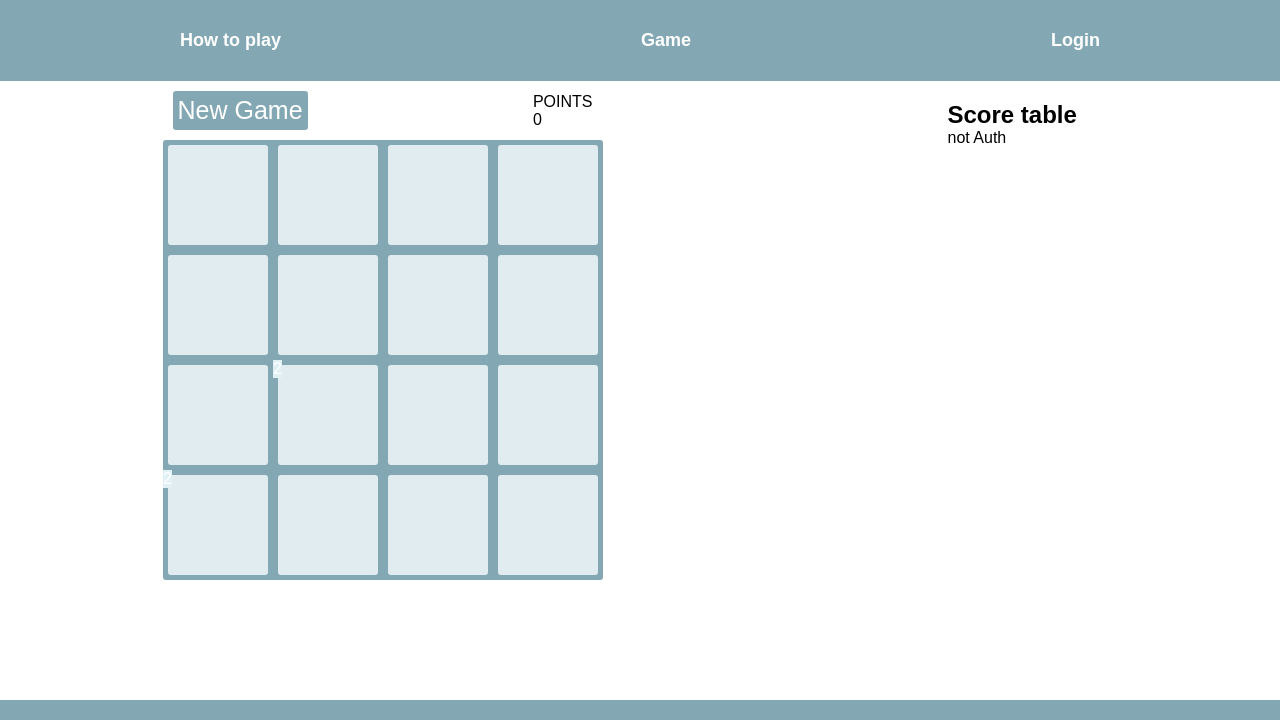
Repository: nika-otter/2048
Page: / (app in client/)
These files come from the project's save history. The page is drawn as it stood at one moment and after the next save; the edit follows.
The browser window is 1280 px wide. The pictures show the whole page.
The project was rebuilt for these pictures with package versions that can differ from the ones it lists, and the page was loaded fresh each time. Also part of the build but not shown: client/src/components/Login/LoginForm.js, client/src/pages/account/index.jsx, client/src/components/Game/GameOverlay.jsx, client/src/components/InstructionPage/InstructionPage.module.scss, client/src/components/HowToPlay/howtoplay.module.scss, client/src/components/HowToPlay/howtoplay.jsx, client/src/components/InstructionPage/InstructionPage.jsx, client/src/pages/Instruction/index.jsx and 4 more.

Above is the page before, as saved 2023-05-01 19:34:03.

After the next save:
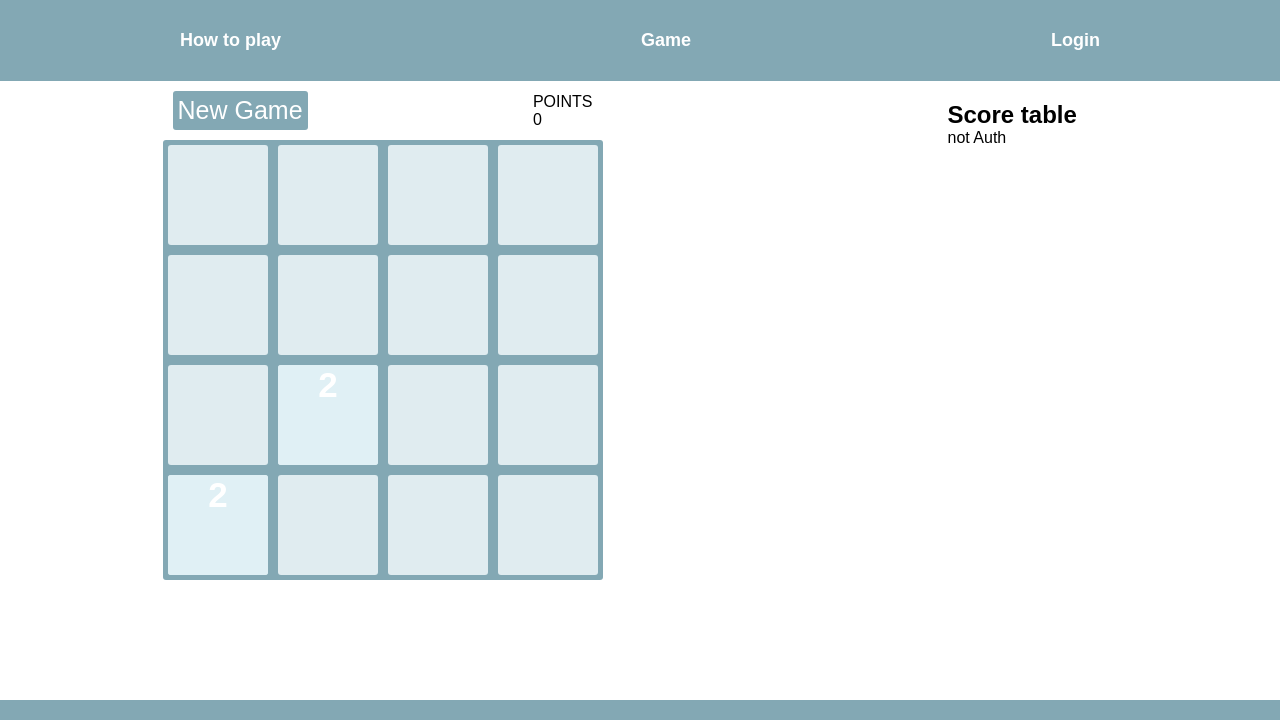
Saved 13 s later.
--- a/client/src/components/Game/Board.scss
+++ b/client/src/components/Game/Board.scss
@@ -95,7 +95,8 @@ body {
   border-radius: 3px;
 }
 
-.cell {
+.cell,
+.tile {
   // display: inline-block;
   width: 100px;
   height: 100px;
